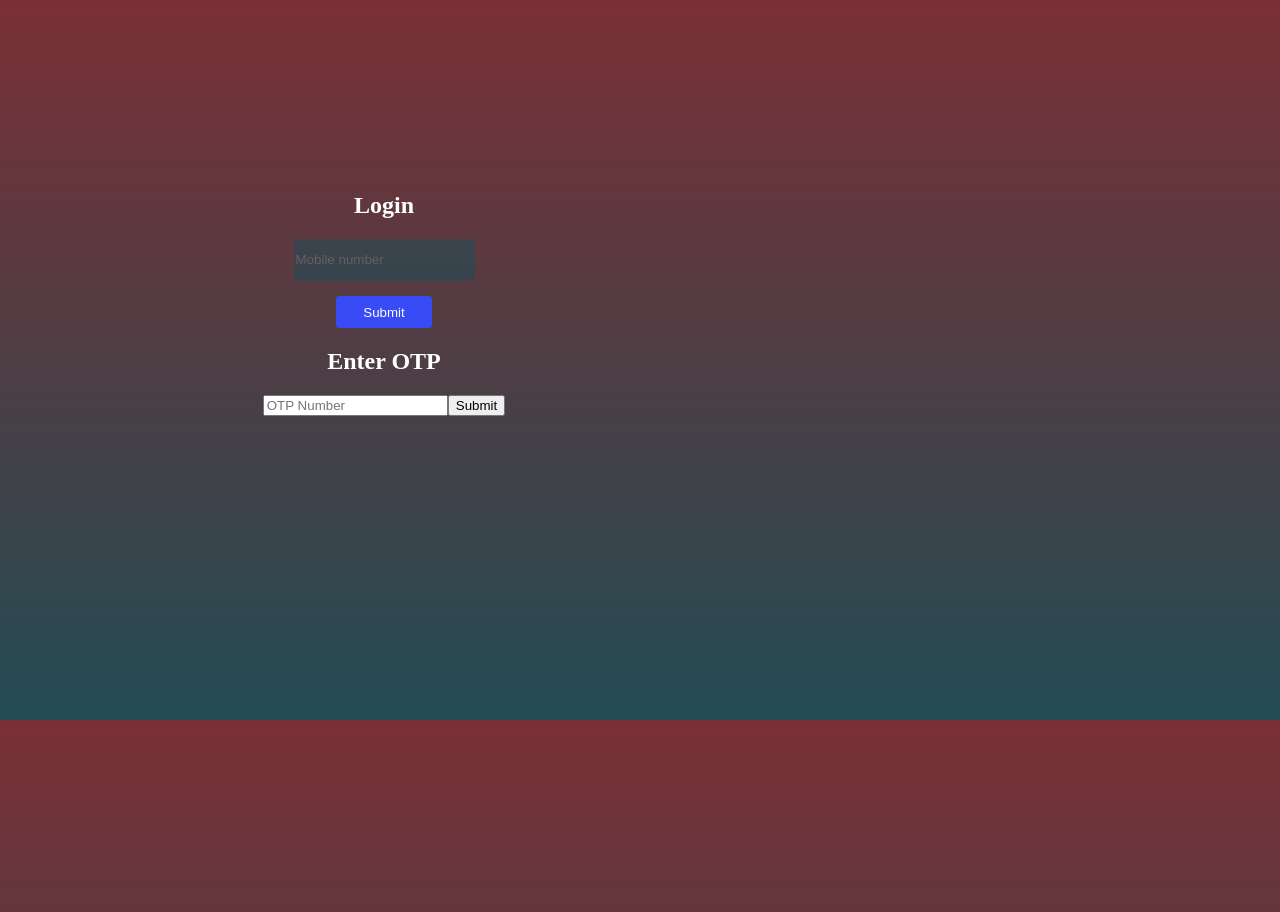
Repository: jagan607/N-Kalari
Page: /
These files come from the project's save history. The page is drawn as it stood at one moment and after the next save; the edit follows.
The browser window is 1280 px wide. The pictures show the whole page.
The project was rebuilt for these pictures with package versions that can differ from the ones it lists, and the page was loaded fresh each time. Also part of the build but not shown: src/App.css, src/components/wallet/index.css, src/services/user.service.js, src/actions/user.action.js, src/components/wallet/Wallet.js. Imported but missing from the stored project, and not drawn on this page: src/constants/user.constants, src/reducers/rootReducer.

Above is the page before, as saved 2022-01-08 16:50:44.

After the next save:
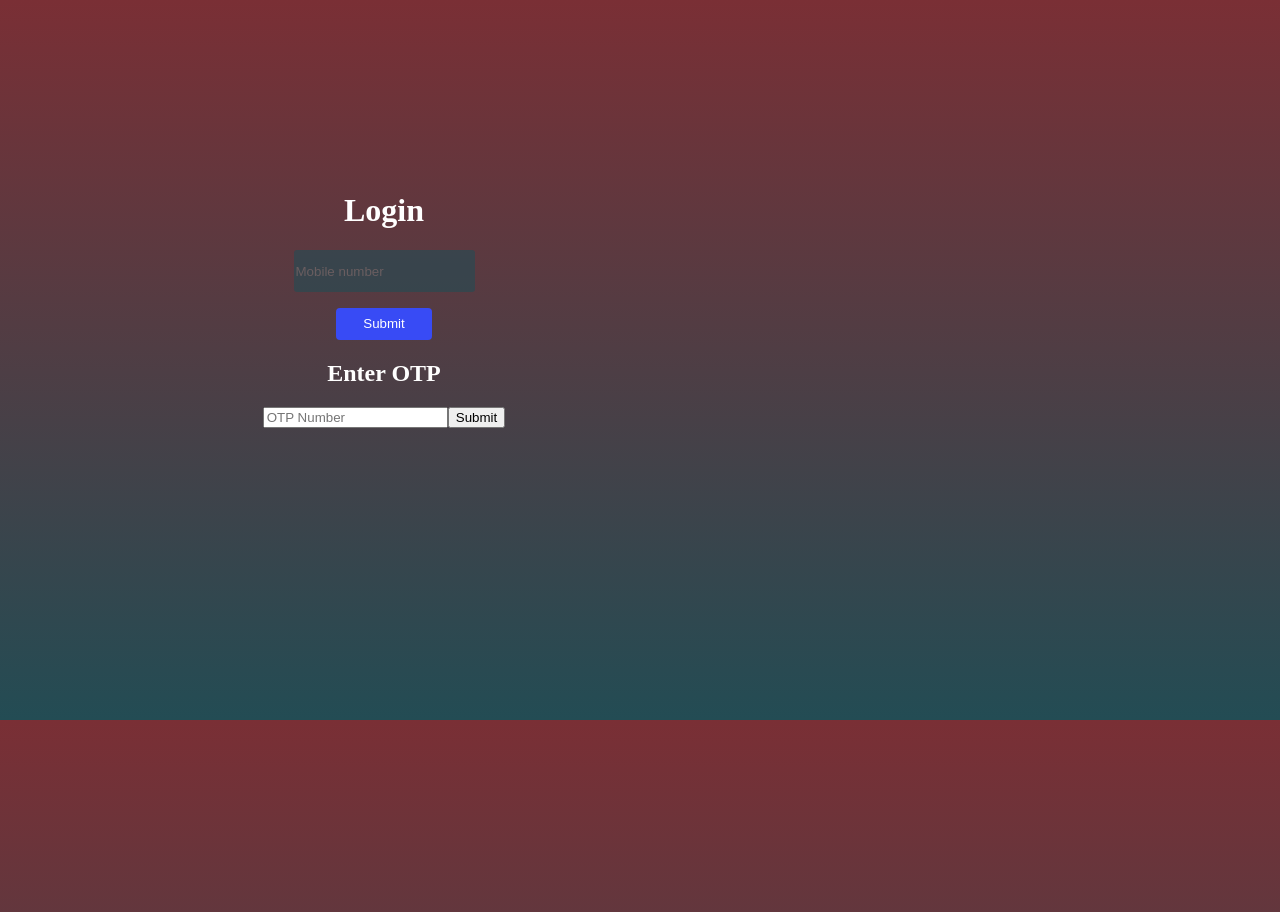
Saved 23 s later.
--- a/src/components/Login/Login.js
+++ b/src/components/Login/Login.js
@@ -64,7 +64,7 @@ handleChange = (e) =>{
 render(){
     return(
         <div className="login-input-section">
-        <h2 className="Login-heading">Login</h2>
+        <h1 className="Login-heading">Login</h1>
         <form onSubmit={this.onSignInSubmit}>
           {/* <div id="sign-in-button" ></div> */}
           <input className="mobile-input" type="number" name="mobile" placeholder="Mobile number" required onChange={this.handleChange}/>
